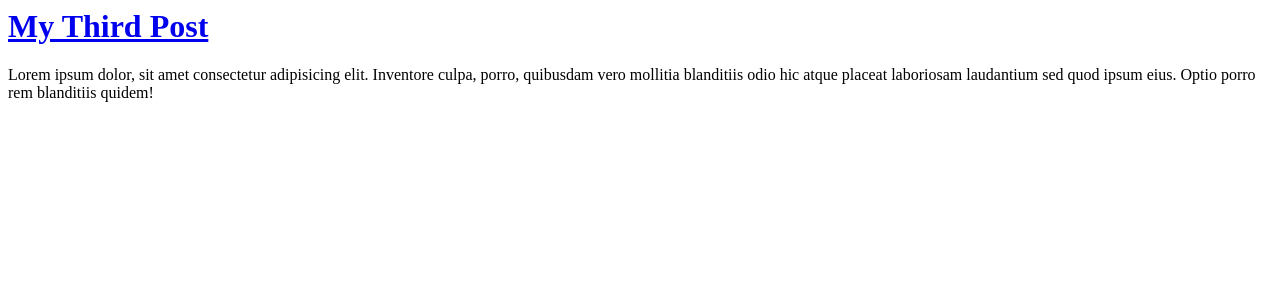
Repository: RaquelAlvarezz/example-app
Page: resources/posts/my-third-post.html
These files come from the project's save history. The page is drawn as it stood at one moment and after the next save; the edit follows.
The browser window is 1280 px wide. The pictures show the whole page.

Above is the page before, as saved 2022-02-14 13:21:19.

After the next save:
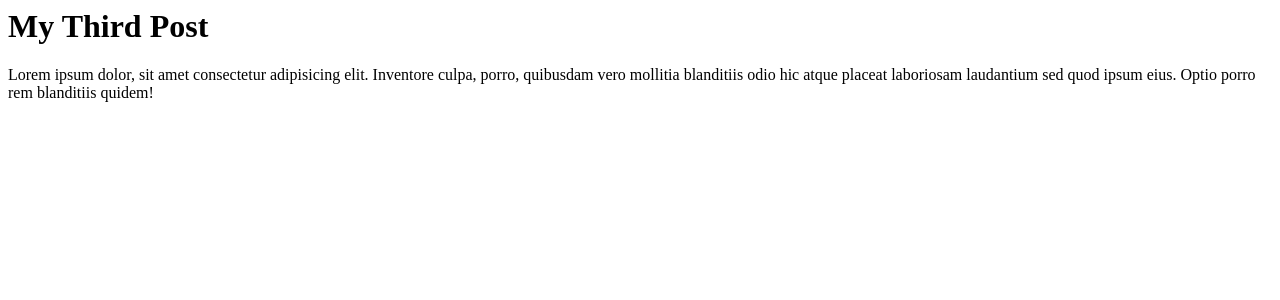
Saved 19 s later.
--- a/resources/posts/my-third-post.html
+++ b/resources/posts/my-third-post.html
@@ -1,3 +1,3 @@
 
-    <h1><a href="/post">My Third Post</a></h1>
+    <h1>My Third Post</h1>
 <p>Lorem ipsum dolor, sit amet consectetur adipisicing elit. Inventore culpa, porro, quibusdam vero mollitia blanditiis odio hic atque placeat laboriosam laudantium sed quod ipsum eius. Optio porro rem blanditiis quidem!</p>
